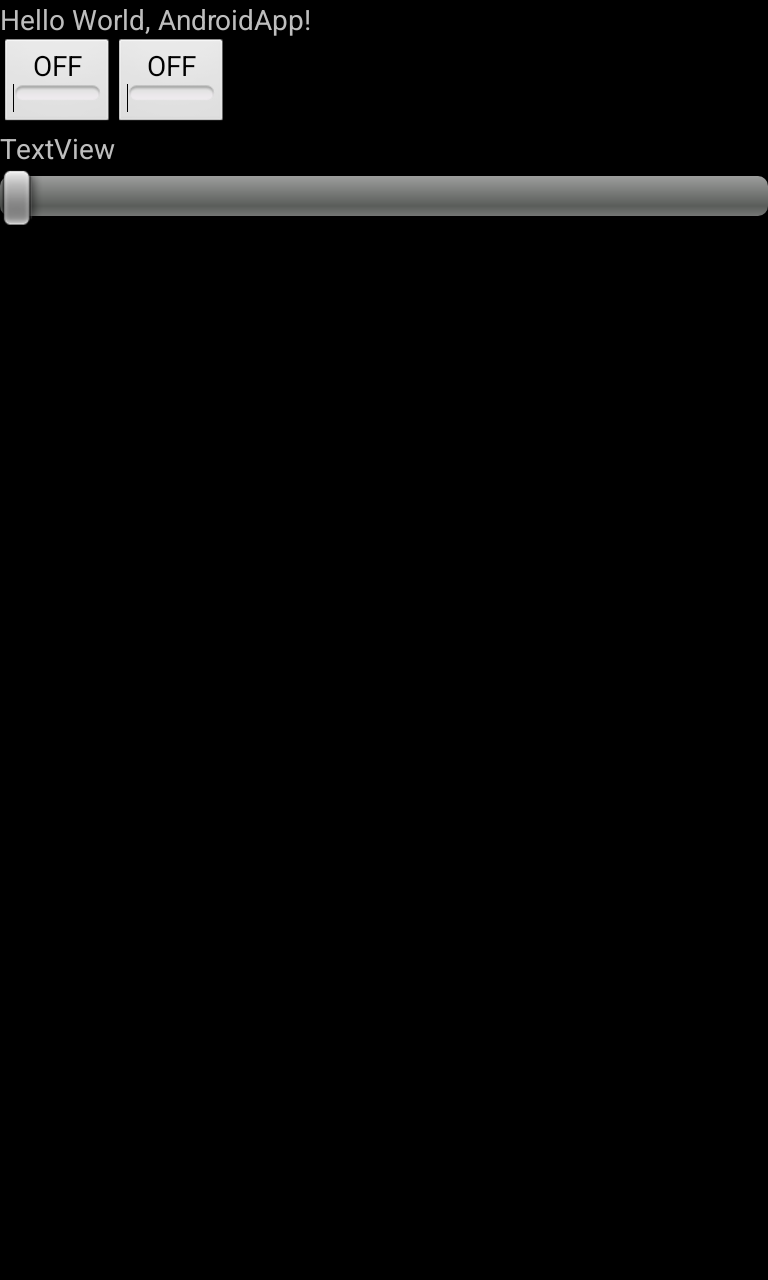
Repository: ondemanddesign/AndroidApp
Layout: AndroidApp/res/layout/main.xml
An editor plug-in stored every save of this project. The layout is shown before and after the next save, followed by the edit.
It is drawn on a 768 x 1280 px phone screen (xhdpi) without system bars, with theme android:Theme; the app's code is not run.

Above is the layout before, as saved 2011-06-15 19:00:23.

### AndroidApp/res/layout/main.xml
<?xml version="1.0" encoding="utf-8"?>
<LinearLayout xmlns:android="http://schemas.android.com/apk/res/android"
    android:orientation="vertical"
    android:layout_width="fill_parent"
    android:layout_height="fill_parent"
    >
<TextView
    android:layout_width="fill_parent"
    android:layout_height="wrap_content"
    android:text="@string/hello"
    />
<LinearLayout android:id="@+id/linearLayout1" android:layout_width="match_parent" android:layout_height="wrap_content">
    <ToggleButton android:text="ToggleButton" android:id="@+id/toggleButton1" android:layout_width="wrap_content" android:layout_height="wrap_content"></ToggleButton>
    <ToggleButton android:text="ToggleButton" android:id="@+id/toggleButton2" android:layout_width="wrap_content" android:layout_height="wrap_content"></ToggleButton>
</LinearLayout>
<TextView android:layout_width="wrap_content" android:text="TextView" android:layout_height="wrap_content" android:id="@+id/LED_State"></TextView>
<SeekBar android:id="@+id/led1Brightness" android:layout_height="wrap_content" android:layout_width="match_parent"></SeekBar>
</LinearLayout>

### AndroidApp/res/values/strings.xml
<?xml version="1.0" encoding="utf-8"?>
<resources>
    <string name="hello">Hello World, AndroidApp!</string>
    <string name="app_name">AndroidApp</string>
</resources>

After the next save:
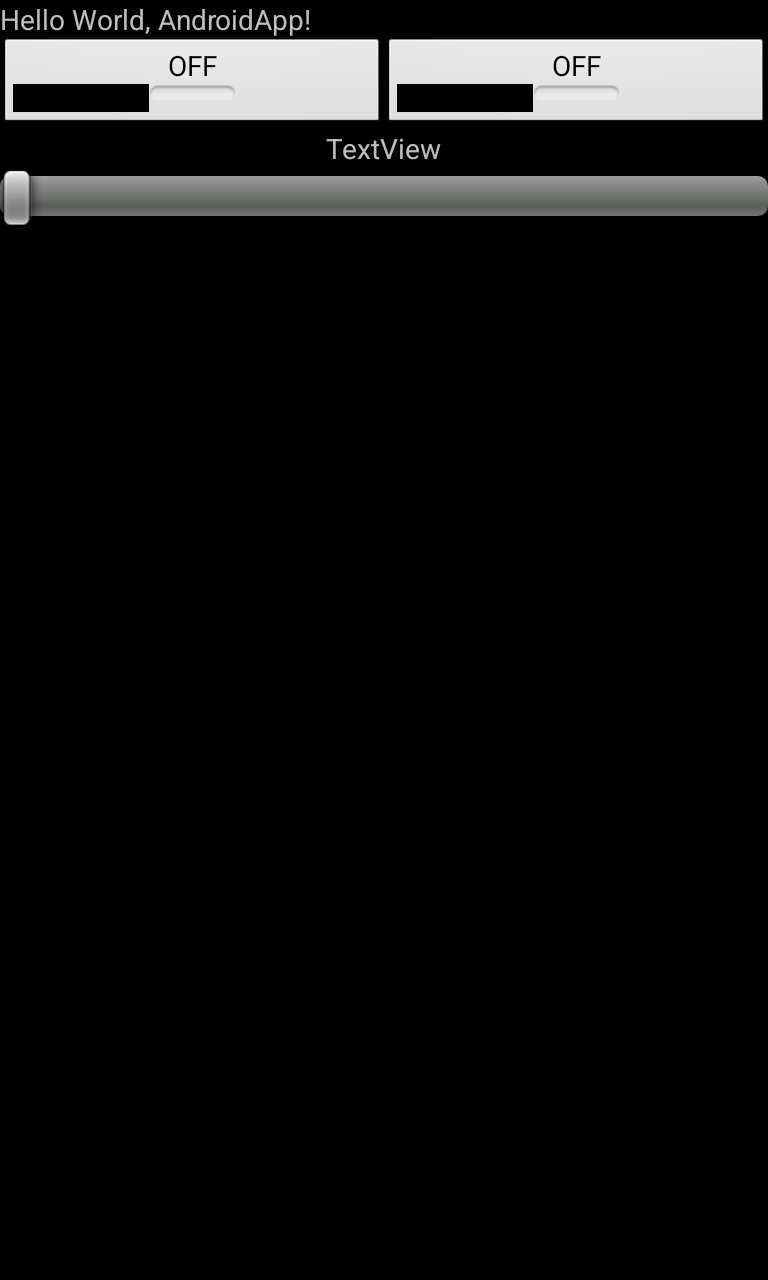
Saved 3 min 9 s later.
--- a/AndroidApp/res/layout/main.xml
+++ b/AndroidApp/res/layout/main.xml
@@ -7,12 +7,11 @@
 <TextView
     android:layout_width="fill_parent"
     android:layout_height="wrap_content"
-    android:text="@string/hello"
-    />
-<LinearLayout android:id="@+id/linearLayout1" android:layout_width="match_parent" android:layout_height="wrap_content">
-    <ToggleButton android:text="ToggleButton" android:id="@+id/toggleButton1" android:layout_width="wrap_content" android:layout_height="wrap_content"></ToggleButton>
-    <ToggleButton android:text="ToggleButton" android:id="@+id/toggleButton2" android:layout_width="wrap_content" android:layout_height="wrap_content"></ToggleButton>
+    android:text="@string/hello" android:layout_gravity="center_horizontal"/>
+<LinearLayout android:id="@+id/linearLayout1" android:layout_width="match_parent" android:layout_height="wrap_content" android:layout_gravity="center">
+    <ToggleButton android:text="ToggleButton" android:id="@+id/toggleButton1" android:layout_width="wrap_content" android:layout_height="wrap_content" android:layout_weight="1"></ToggleButton>
+    <ToggleButton android:text="ToggleButton" android:id="@+id/toggleButton2" android:layout_width="wrap_content" android:layout_height="wrap_content" android:layout_gravity="center" android:layout_weight="1"></ToggleButton>
 </LinearLayout>
-<TextView android:layout_width="wrap_content" android:text="TextView" android:layout_height="wrap_content" android:id="@+id/LED_State"></TextView>
-<SeekBar android:id="@+id/led1Brightness" android:layout_height="wrap_content" android:layout_width="match_parent"></SeekBar>
+<TextView android:layout_width="wrap_content" android:text="TextView" android:layout_height="wrap_content" android:id="@+id/LED_State" android:layout_gravity="center_horizontal"></TextView>
+<SeekBar android:id="@+id/ledBrightness1" android:layout_height="wrap_content" android:layout_width="match_parent"></SeekBar>
 </LinearLayout>
